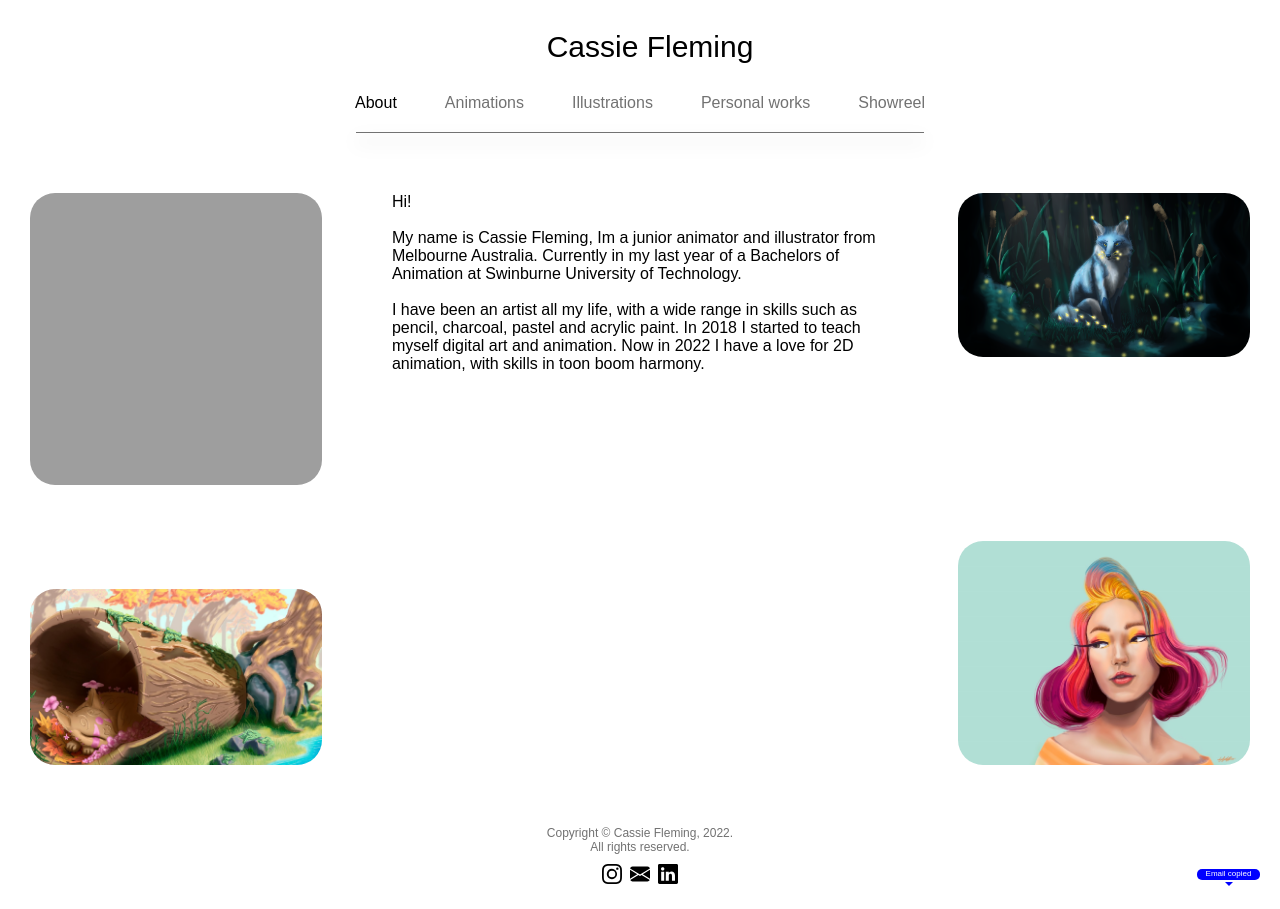
Repository: David-Waite/Cassie-Fleming-portfolio
Page: /
The author's editor kept a copy of each file at every save. The page is drawn from the files as they stood at one save, then again after the next save.
The browser window is 1280 px wide. The pictures show the whole page.
Pictures or frames that could not be fetched are drawn as grey boxes. Some web fonts or font styles are not loaded; a fallback is used. The project was rebuilt for these pictures with package versions that can differ from the ones it lists, and the page was loaded fresh each time. The framework's server and built-in components were replaced by stand-ins that run in the browser. Also part of the build but not shown: next.config.js.

Above is the page before, as saved 2022-09-13 11:33:21.

After the next save:
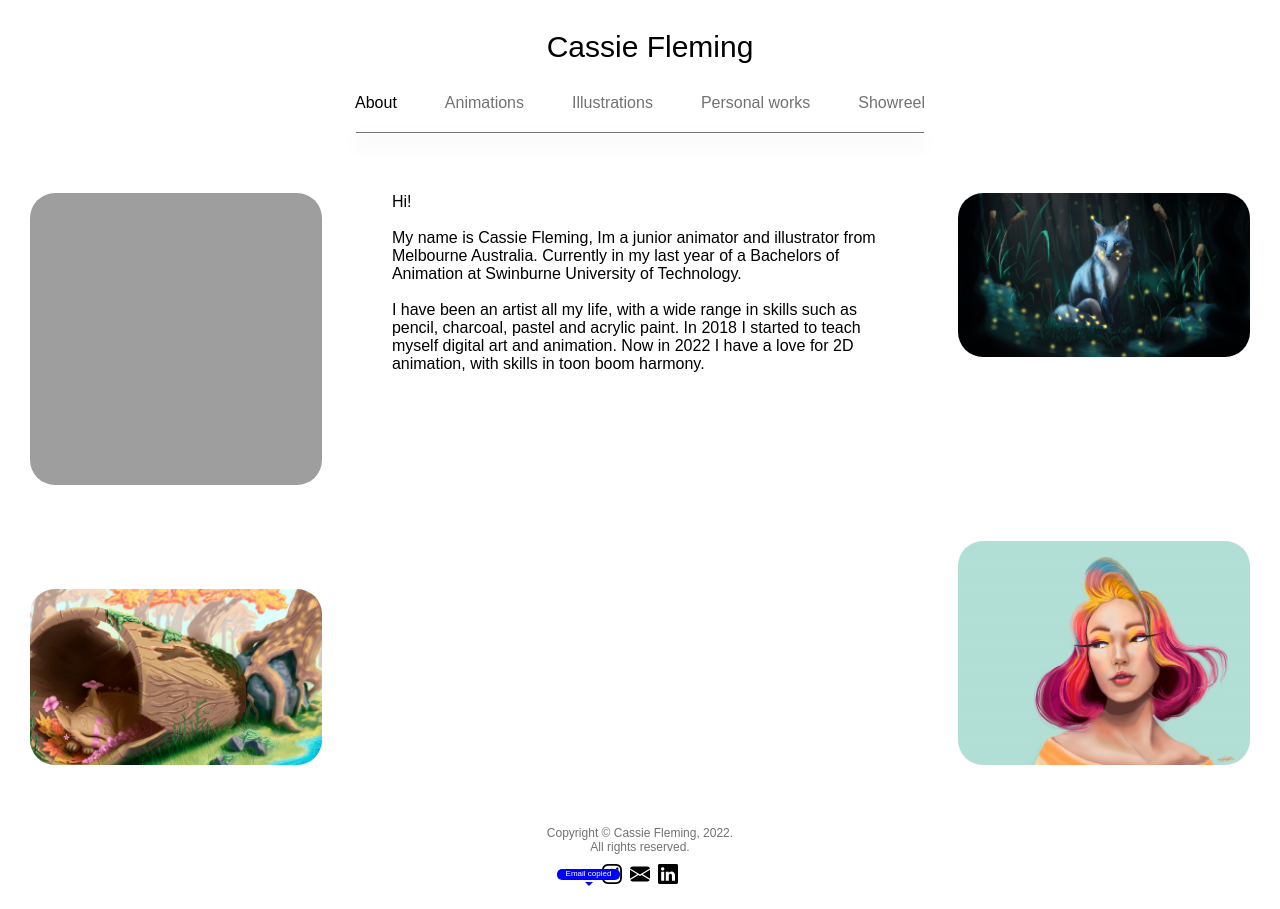
Saved 9 s later.
--- a/styles/globals.css
+++ b/styles/globals.css
@@ -154,7 +154,7 @@ footer {
   font-size: 8px;
   font-weight: 400;
   width: 63px;
-  right: 0;
+  right: 50vw;
   top: 42.5px;
   padding: 0 0 2px 0;
   background-color: blue;
